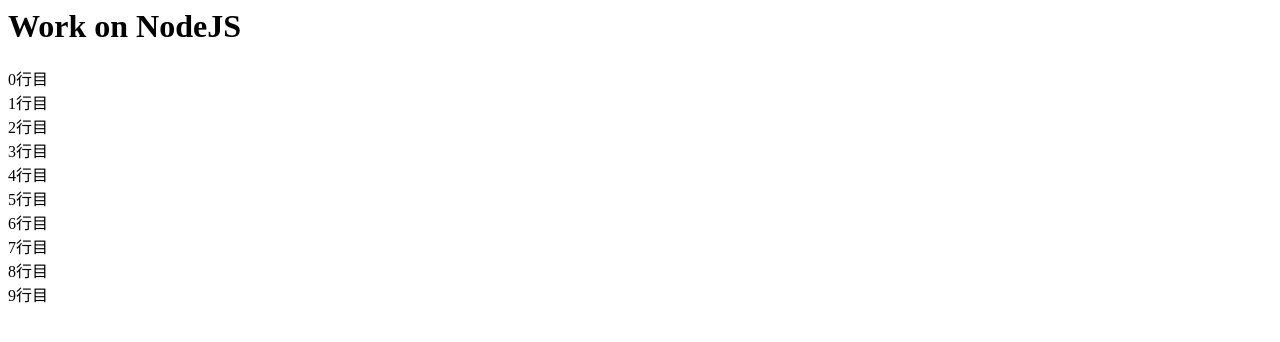
Repository: k-saito-256/test02
Page: http://localhost/
The author's editor kept a record of every edit. The page is drawn from the files as they stood at one moment, then again after the next edit.
The browser window is 1280 px wide. The pictures show the whole page.
The page is served by the project's Node server (app.js).

Above is the page before.

After the next edit:
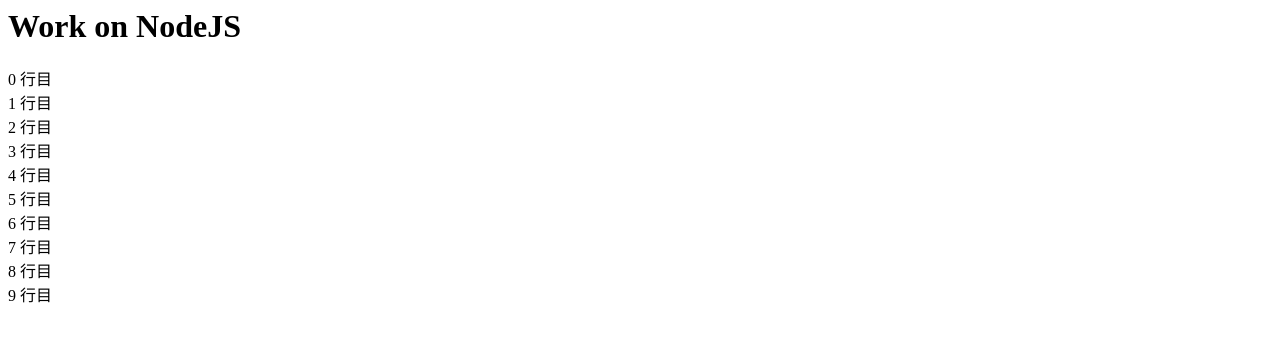
The edit:
--- a/views/hello.ejs
+++ b/views/hello.ejs
@@ -2,7 +2,7 @@
 <%
 for(var i=0;i<10;i++) {
 %>
-<%= i%>行目<br />
+<div><%= i%> 行目</div>
 <%
 }
 %>
